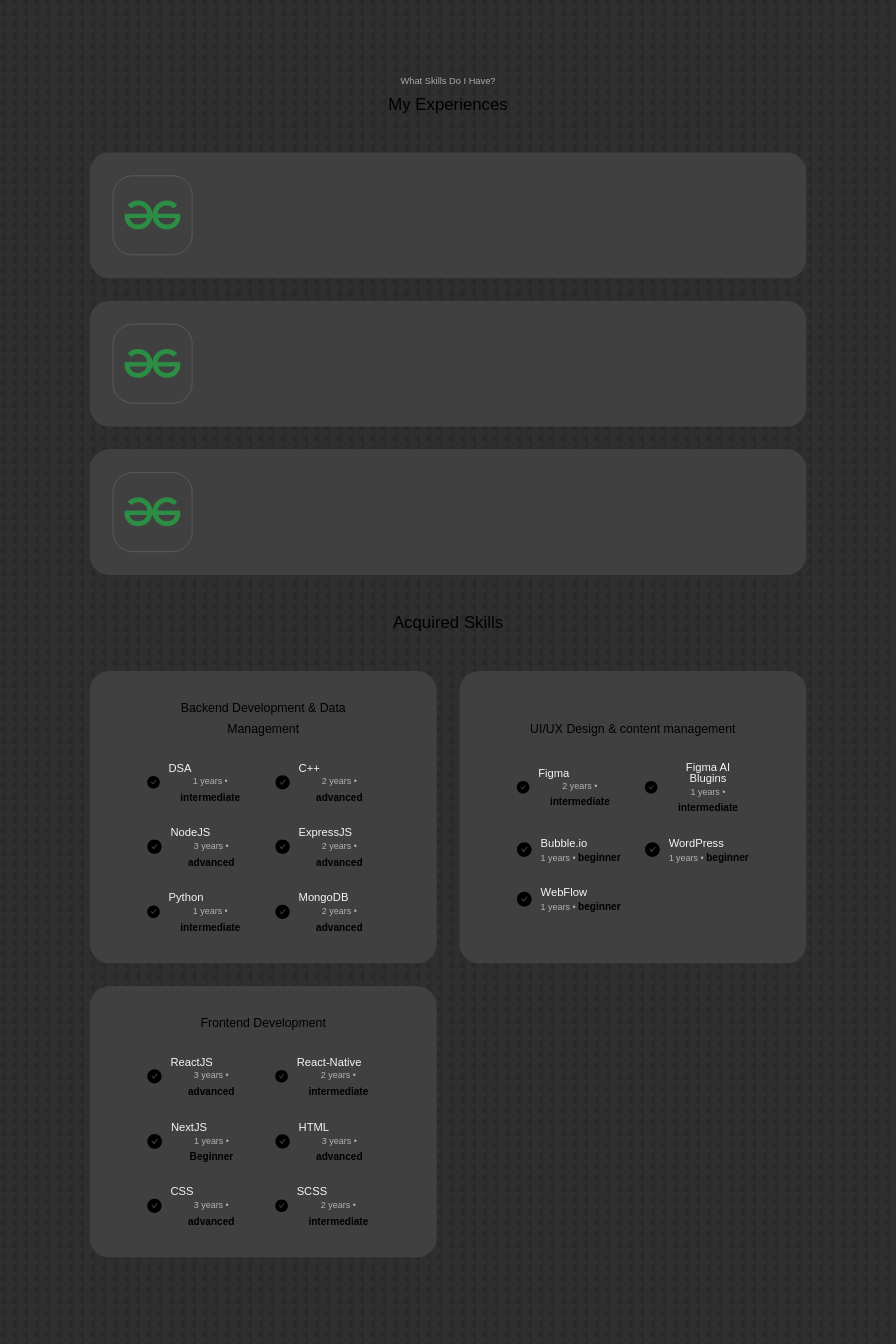
Repository: Z-Bahaa/project_joker_react_portfolio
Page: /
An editor plug-in stored every save of this project. The page is shown before and after a run of saves, followed by the edit.
The browser window is 1280 px wide. The pictures show the part of the page from y = 1462 to 3382 px (the page is 5483 px tall before and 5477 px after), at 70% of full size.
Some web fonts or font styles are not loaded; a fallback is used. The project was rebuilt for these pictures with package versions that can differ from the ones it lists, and the page was loaded fresh each time. Imported but missing from the stored project, and not drawn on this page: src/assets/resume.pdf.

Above is the page before, as saved 2023-08-21 13:54:50.

### public/index.html
<!DOCTYPE html>
<html lang="en">

<head>
  <meta charset="UTF-8">
  <meta name="viewport" content="width=device-width, initial-scale=1.0">
  <title>Zeyad Bahaa</title>
  <link rel="shortcut icon" href="/Logo.png" />
</head>

<body>
  <div id="root"></div>
</body>

</html>

### src/App.jsx
import Header from './components/header/Header'
import Nav from './components/nav/Nav'
import About from './components/about/About'
import Experience from './components/experience/Experience'
// import Services from './components/services/Services'
import Portfolio from './components/portfolio/Portfolio'
// import Testimonials from './components/testimonials/Testimonials'
import Contact from './components/contact/Contact'
import Footer from './components/footer/Footer'


const App = () => {
  return (
    <>
      <Header />
      <Nav />
      <About />
      <Experience />
      {/* <Services /> */}
      <Portfolio />
{/*       <Testimonials /> */}
      <Contact />
      <Footer />

    </>
  )
}

export default App

### src/components/header/Header.jsx
import './header.css';
import CTA from './CTA'
import ME from '../../assets/me-3.png'
import HeaderSocials from './HeaderSocials'

const Header = () => {
  return (
    <div className='header container' id='home'>
      <div className='header__container'>
        <h5>Hello, I'm</h5>
        <h1>Zeyad Bahaa</h1>
        <h5 className="text-light">Software & web development Enthusiast</h5>
        <CTA />
        <HeaderSocials />

        <div className="me">
          <img src={ME} alt="" />
        </div>

        <a href='#contact' className="scroll__down">Scroll Down</a>
      </div>
    </div>
  )
}

export default Header

### src/components/nav/Nav.jsx
import './nav.css'
import { AiOutlineHome, AiOutlineUser, AiOutlineMessage } from 'react-icons/ai'
import { BiBookAlt } from 'react-icons/bi'
import { BsBagDash } from 'react-icons/bs'
import { useState} from 'react'

const Nav = () => {
  const [activeNav, setActiveNAv] = useState('#')
  return (
    <div className="nav">
      <a href="#home" className={activeNav === '#' ? 'active' : ''} onClick={() => setActiveNAv('#')}><AiOutlineHome /></a>
      <a href="#about" className={activeNav === '#about' ? 'active' : ''} onClick={() => setActiveNAv('#about')}><AiOutlineUser /></a>
      <a href="#experience" className={activeNav === '#experience' ? 'active' : ''} onClick={() => setActiveNAv('#experience')}><BiBookAlt /></a>
      <a href="#services" className={activeNav === '#services' ? 'active' : ''} onClick={() => setActiveNAv('#services')}><BsBagDash /></a>
      <a href="#contact" className={activeNav === '#contact' ? 'active' : ''} onClick={() => setActiveNAv('#contact')}><AiOutlineMessage /></a>
    </div>
  )
}

export default Nav

### src/components/about/About.jsx
import './about.css'
import ME from '../../assets/me-3.png'
/* import { FiAward, FiUsers } from 'react-icons/fi'
import { AiFillFolderOpen } from 'react-icons/ai' */
const About = () => {
  return (
    <div className="section" id="about">
      <h5>Get To Know</h5>
      <h2>About Me</h2>

      <div className="container about__container">
        <div className="about__me">
          <div className="about__me-image">
            <img src={ME} alt="About" />
          </div>
        </div>

        <div className="about__content">
          {/* <div className="about__cards">

            <div className="about__card">
              <FiAward className="about__icon" />
              <h5>Experience</h5>
              <small>3+ Years Working</small>
            </div>

            <div className="about__card">
              <FiUsers className="about__icon" />
              <h5>Clients</h5>
              <small>200+ Worldwide</small>
            </div>

            <div className="about__card">
              <AiFillFolderOpen className="about__icon" />
              <h5>Projects</h5>
              <small>80+ Completed Projects</small>
            </div>

          </div> */}

          <p>
          Confident young professional with a passion for learning and development. eager to leverage education and training in the software development space to support the growth and success of a High performing organization. Strong track record of settling effective goals and leading teams to achieve those goals. committed to continuous improvement and driving team success.
          </p>

          <a href="#contact" className="btn btn-primary">Let's Talk</a>
        </div>
      </div>
    </div>
  )
}

export default About

### src/components/experience/Experience.jsx
import './experience.css'
import {experiences} from '../../data/experiences'
import { AiFillCheckCircle } from 'react-icons/ai'
import GFG from '../../assets/GFG.png'

const Experience = () => {
  return (
    <div className="section" id="experience">
      <h5>What Skills Do I Have?</h5>
      <h2>My Experiences</h2>
      <div className="history__container">
        {
          experiences.map((field) => (
            <div>
              <div className="image-container">
                <img src={GFG}/>
              </div>
            </div>
          ))
        }
      </div>
      <h2>Acquired Skills</h2>
      <div className="experience__container">
        {
          experiences.map((field) => (
            <div>
              <h3>{field.title}</h3>
              <div className="experience__content">
                {
                  field.list.map((item) => (
                    <div className="experience__details">

                        <AiFillCheckCircle className="experience__details-icon"/>
                        <div>
                          <h4>{item.name}</h4>
                          <small>{(item.experience + " ")} • <span>{" " + item.level}</span> </small>
                        </div>
                    </div>
                  ))
                }
              </div>
            </div>
          ))
        }
      </div>

    </div>
  )
}

export default Experience

### src/components/portfolio/Portfolio.jsx
import './portfolio.css'
import projects from '../../data/projects'



const Portfolio = () => {
  return (
    <div className="section">
      <h5>My Recent Work</h5>
      <h2>Portfolio</h2>

      <div className="container portfolio__container">
        {
          projects.map(item => (
            <div  key={item.id} className="portfolio__item">
              <img src={item.img} className="portfolio__item-image" alt=""/>
              <h3>{item.title || 'This is a portfolio item title'}</h3>
              <div className="portfolio__item-cta">
                <a className="btn" href={item.github} target='_blank' rel="noreferrer">Github</a>
                <a className="btn btn-primary" href={item.demo} target='_blank' rel="noreferrer">Live Demo</a>
              </div>
            </div>
          ))
        }
      </div>
    </div>
  )
}

export default Portfolio

### src/components/contact/Contact.jsx
import './contact.css'
import { AiOutlineMail, AiOutlineWhatsApp } from 'react-icons/ai'
import { RiMessengerLine } from 'react-icons/ri'


const Contact = () => {

  return (
    <div className="section" id="contact">
      <h5>Get In Touch</h5>
      <h2>Contact Me</h2>

      <div className="container contact__container">
        <div className="contact__options">

          <div className="contact__option">
            <AiOutlineMail className='contact__option-icon'/>
            <h4>Email</h4>
            <h5>zizobahaapersonal@gmail.com</h5>
            <a href="mailto:zizobahaapersonal@gmail.com">Send a message</a>
          </div>

          <div className="contact__option">
            <RiMessengerLine className='contact__option-icon'/>
            <h4>Messenger</h4>
            <h5>Zizo Bahaa</h5>
            <a href="https://m.me/100071918118359">Send a message</a>
          </div>
          <div className="contact__option">
            <AiOutlineWhatsApp className='contact__option-icon' />
            <h4>WhatsApp</h4>
            <h5>+201020730202</h5>
            <a href="https://api.whatsapp.com/send?phone=201020730202" >Send a message</a>
          </div>

        </div>

{        <form
          // ref={form}
          // onSubmit={sendEmail}
          >
          <input type="text" name="name" placeholder="Your Full Name" required/>
          <input type="email" name="email" placeholder="Your Email" required/>
          <textarea name="message" placeholder="Your Message" rows="7" required/>
          <button type="submit" className="btn btn-primary">send Message</button>
        </form>}
      </div>
    </div>
  )
}

export default Contact

### src/components/footer/Footer.jsx
import './footer.css'
import { AiOutlineLinkedin, AiOutlineFacebook, } from 'react-icons/ai'
import { FiTwitter, FiGithub, FiInstagram } from 'react-icons/fi'
import { FaTiktok } from 'react-icons/fa'
import { SiMyanimelist } from 'react-icons/si'

const Footer = () => {
  return (
    <div className="footer">
      <a href="#home" className="footer__icon">Z. bahaa</a>

      <ul className="permalinks">
        <li><a href="#home">Home</a></li>
        <li><a href="#about">About</a></li>
        <li><a href="#experience">Experience</a></li>
        <li><a href="#services">Services</a></li>
        <li><a href="#portfolio">Portfolio</a></li>
        {/* <li><a href="#testimonials">Testimonials</a></li> */}
        <li><a href="#contact">Contact</a></li>
      </ul>

      <div className="footer__socials" >
        <a href='https://www.linkedin.com/in/z-bahaa-194022234/' target='_blank' rel="noreferrer"><AiOutlineLinkedin /></a>
        <a href='https://github.com/Z-Bahaa' target='_blank' rel="noreferrer"><FiGithub /></a>
        <a href='https://www.facebook.com/profile.php?id=100071918118359' target='_blank' rel="noreferrer"><AiOutlineFacebook /></a>
        <a href='https://twitter.com/ZBahaa2' target='_blank' rel="noreferrer"><FiTwitter /></a>
        <a href='https://www.tiktok.com/@z_bahaa' target='_blank' rel="noreferrer"><FaTiktok /></a>
        <a href='https://www.instagram.com/bahaa_zizo/' target='_blank' rel="noreferrer"><FiInstagram /></a>
        <a href='https://myanimelist.net/animelist/zizobahaa1' target='_blank' rel="noreferrer"><SiMyanimelist /></a>
      </div>

      <div className="footer__coptright">
        <small>&copy; Z.bahaa. All rights reserved.</small>
      </div>
    </div>
  )
}

export default Footer

### src/components/header/header.css
.header {
  height: 120vh;
  padding-top: 7rem;
  /* overflow: hidden; */
}

.header__container {
  text-align: center;
  height: 100%;
  position: relative;
}

.cta {
  margin-top: 2.5rem;
  display: flex;
  gap: 1.2rem;
  justify-content: center;
}

.header__socials {
  display: flex;
  flex-direction: column;
  position: absolute;
  left: 0;
  bottom: 2rem;
  gap: 1rem;
}

.header__socials::after {
  content: "";
  width: 1px;
  height: 2rem;
  background: var(--color-primary);
  align-self: center;
}

.me {
  background: linear-gradient(var(--color-primary), transparent);
  width: 22rem;
  max-height: 27rem;
  position: absolute;
  left: calc(50% - 11rem);
  margin-top: 4rem;
  border-radius: 12rem 12rem 0 0;
  -webkit-border-radius: 12rem 12rem 0 0;
  -moz-border-radius: 12rem 12rem 0 0;
  -ms-border-radius: 12rem 12rem 0 0;
  -o-border-radius: 12rem 12rem 0 0;
  overflow: hidden;
  /* padding: 5rem 1.5rem 1.5rem 1.5rem; */
}
/* .me img {
  min-height: 40rem;
} */

.scroll__down {
  position: absolute;
  right: 0rem;
  bottom: 5rem;
  transform: rotate(90deg);
  -webkit-transform: rotate(90deg);
  -moz-transform: rotate(90deg);
  -ms-transform: rotate(90deg);
  -o-transform: rotate(90deg);
  font-weight: 300;
  font-size: 0.9rem
}

@media screen and (max-width: 1024px) {
  .header {
    height: 70vh;
  }
}

@media screen and (max-width: 600px) {
  .header {
    height: 100vh;
  }


}

### src/components/header/CTA.jsx
import CV from '../../assets/resume.pdf'

import React from 'react'

const CTA = () => {
  return (
    <div className="cta">
      <a href={CV} className='btn'>Download CV</a>
      <a href="#contact" className="btn btn-primary">Let's Talk</a>
    </div>
  )
}

export default CTA

### src/components/header/HeaderSocials.jsx
import { AiOutlineLinkedin, AiOutlineFacebook,} from 'react-icons/ai'
import {FiGithub} from 'react-icons/fi'



const HeaderSocials = () => {
  return (
    <div className="header__socials">
      <a href='https://www.linkedin.com/in/zizo-bahaa' target='_blank'  rel="noreferrer"><AiOutlineLinkedin /></a>
      <a href='https://github.com/Z-Bahaa' target='_blank'  rel="noreferrer"><FiGithub /></a>
      <a href='https://www.facebook.com/profile.php?id=100071918118359' target='_blank'  rel="noreferrer"><AiOutlineFacebook /></a>
    </div>
  )
}

export default HeaderSocials

### src/components/nav/nav.css
.nav {
  background: rgba(0, 0, 0, 0.3);
  width: max-content;
  display: block;
  padding: 0.7em 1.7em;
  z-index: 2;
  position: fixed;
  left: 50%;
  transform: translateX(-50%);
  -webkit-transform: translateX(-50%);
  -moz-transform: translateX(-50%);
  -ms-transform: translateX(-50%);
  -o-transform: translateX(-50%);
  bottom: 2rem;
  display: flex;
  gap: 0.8rem;
  border-radius: 3rem;
  -webkit-border-radius: 3rem;
  -moz-border-radius: 3rem;
  -ms-border-radius: 3rem;
  -o-border-radius: 3rem;
  backdrop-filter: blur(15px);
}

.nav a {
  background: transparent;
  padding: 0.8rem;
  border-radius: 50%;
  -webkit-border-radius: 50%;
  -moz-border-radius: 50%;
  -ms-border-radius: 50%;
  -o-border-radius: 50%;
  display: flex;
  color: var(--color-light);
  font-size: 1.1rem;
}

.nav a:hover {
  background: rgba(0, 0, 0, 0.3);
}

.nav a.active {
  background: var(--color-primary);
  color: var(--color-bg)
}

### src/components/experience/experience.css
.experience__container {
  display: grid;
  grid-template-columns: 1fr 1fr;
  justify-content: center;
  gap: 2rem;
  margin-inline: 8rem;
}

.history__container {
  display: grid;
  grid-template-columns: 1fr;
  justify-content: center;
  gap: 2rem;
  margin-inline: 8rem;
  margin-bottom: 3rem;
}

.experience__container>div, .history__container>div {
  background: var(--color-bg-variant);
  display: flex;
  flex-direction: column;
  justify-content: center;
  width: 100%;
  padding: 2.4rem 5rem;
  border-radius: 1.8rem;
  -webkit-border-radius: 1.8rem;
  -moz-border-radius: 1.8rem;
  -ms-border-radius: 1.8rem;
  -o-border-radius: 1.8rem;
  border: 1px solid transparent;
  transition: var(--transition);
  -webkit-transition: var(--transition);
  -moz-transition: var(--transition);
  -ms-transition: var(--transition);
  -o-transition: var(--transition);
}

.history__container>div {
  display: flex;
  flex-direction: row;
  align-items: center;
  justify-content: flex-start;
  padding: 2rem;
}

.history__container>div .image-container{
  aspect-ratio: 1;
  display: flex;
  align-items: center;
  justify-content: center;
  width: fit-content;
  padding: 1rem;
  /* background-color: red; */
  border-radius: 1.8rem;
  -webkit-border-radius: 1.8rem;
  -moz-border-radius: 1.8rem;
  -ms-border-radius: 1.8rem;
  -o-border-radius: 1.8rem;
  /* background: transparent; */
  border-style: solid;
  border-width: 1px;
  border-color: var(--color-primary-variant);
}
.history__container>div:hover .image-container{
  background: var(--color-bg-variant);
  border-color: var(--color-primary-variant);
}

.history__container>div .image-container img{
  width: 5rem;
}

.experience__container>div:hover, .history__container>div:hover {
  background: transparent;
  border-color: var(--color-primary-variant);
  cursor: default;
}

.experience__container>div h3 {
  text-align: center;
  font-size: 1.1rem;
  margin-bottom: 2rem;
  color: var(--color-primary);
}

.experience__content {
  display: grid;
  grid-template-columns: 1fr 1fr;
  width: 100%;
  justify-content: space-between;
  /* background-color: red; */
  align-items: space-between;
  gap: 2rem;
  row-gap: 1.9rem;
}

.experience__details {
  display: flex;
  /* background-color: red; */
  width: fit-content;
  align-items: center;
  gap: .7rem;
}

.experience__details-icon {
  margin-bottom: 6px;
  font-size: 1.5rem;
  color: var(--color-primary);
}

.experience__details div {
  display: flex;
  flex-direction: column;
  gap: 0;
  align-items: flex-start;
  justify-content: center;
}

.experience__details div h4 {
  text-align: center;
  font-size: 1rem;
  line-height: 1rem;
  color: var(--color-white);
}

.experience__details div small {
  text-align: center;
  font-size: .8rem;
  /* line-height: 1rem; */
  color: var(--color-light);
}

.experience__details div span {
  text-align: center;
  font-size: .9rem;
  font-weight: bold;
  color: var(--color-primary);
}

@media screen and (max-width: 1024px) {
  .experience__container {
    grid-template-columns: 1fr;
    gap: 2rem;
  }

  .experience__container>div {
    width: 80%;
    padding: 2rem;
    margin: 0 auto;
  }

  .experience__content {
    padding: 1rem;
  }
}

@media screen and (max-width: 600px) {
  .experience__container {
    gap: 1rem;
  }

  .experience__container>div {
    width: 100%;
    padding: 2rem 1rem;
    margin: 0 auto;
  }
}

### src/components/portfolio/portfolio.css
.portfolio__container {
  display: grid;
  grid-template-columns: repeat(3, 1fr);
  gap: 2.5rem;
}

.portfolio__item {
  background: var(--color-bg-variant);
  padding: 1.2rem;
  border-radius: 2rem;
  -webkit-border-radius: 2rem;
  -moz-border-radius: 2rem;
  -ms-border-radius: 2rem;
  -o-border-radius: 2rem;
  border: 1px solid transparent;
  transition: var(--transition);
  -webkit-transition: var(--transition);
  -moz-transition: var(--transition);
  -ms-transition: var(--transition);
  -o-transition: var(--transition);
}

.portfolio__item:hover {
  border-color: var(--color-primary-variant);
  background: transparent;
}

.portfolio__item-image {
  border-radius: 1.5rem;
  -webkit-border-radius: 1.5rem;
  -moz-border-radius: 1.5rem;
  -ms-border-radius: 1.5rem;
  -o-border-radius: 1.5rem;
  overflow: hidden;
}

.portfolio__item h3 {
  margin: 1.2rem 0.2rem;
}

.portfolio__item-cta {
  display: flex;
  gap: 1rem;
  margin-bottom: 1rem;
}

@media screen and (max-width: 1024px) {
  .portfolio__container {
    grid-template-columns: 1fr 1fr;
    gap: 1.2rem;
  }
}

@media screen and (max-width: 600px) {
  .portfolio__container {
    grid-template-columns: 1fr;
    gap: 1rem;
  }
}

### src/components/contact/contact.css
.container.contact__container {
  width: 58%;
  display: grid;
  grid-template-columns: 30% 58%;
  gap: 12%;
}

.contact__options {
  display: flex;
  flex-direction: column;
  gap: 1.2rem;
}

.contact__option {
  background: var(--color-bg-variant);
  padding: 1.2rem;
  border-radius: 1.2rem;
  -webkit-border-radius: 1.2rem;
  -moz-border-radius: 1.2rem;
  -ms-border-radius: 1.2rem;
  -o-border-radius: 1.2rem;
  text-align: center;
  border: 1px solid transparent;
  transition: var(--transition);
  overflow: hidden;
}

.contact__option:hover {
  background: transparent;
  border-color: var(--color-primary-variant);
}

.contact__option-icon {
  font-size: 1.5rem;
  margin-bottom: 0.5rem;

}

.contact__option a {
  margin-top: 0.7rem;
  display: inline-block;
  font-size: .8rem;
}

form {
  display: flex;
  flex-direction: column;
  gap: 1.2rem;
}

input, textarea {
  width: 100%;
  padding: 1.5rem;
  border-radius: 0.5rem;
  -webkit-border-radius: 0.5rem;
  -moz-border-radius: 0.5rem;
  -ms-border-radius: 0.5rem;
  -o-border-radius: 0.5rem;
  background: transparent;
  border: 1px solid var(--color-primary-variant);
  resize: none;
  color: var(--color-white);
}

@media screen and (max-width: 1024px) {
  .container.contact__container {
    grid-template-columns: 1fr;
    gap: 2rem;
  }
}

@media screen and (max-width: 600px) {
  .container.contact__container {
    width: var(--container-width-sm);
  }
}

### src/components/footer/footer.css
.footer {
  background: var(--color-primary);
  padding: 3rem 0;
  padding-bottom: 0;
  text-align: center;
  font-size:0.9rem;
  margin-top: 7rem;
}

.footer a {
  color: var(--color-bg);
}

.footer__icon {
  font-size:2rem;
  font-weight: 500;
  margin-bottom: 2rem;
  display: inline-block;
}

.permalinks {
  display: flex;
  flex-wrap: wrap;
  justify-content: center;
  gap: 2rem;
  margin: 0 auto 3rem;
}

.footer__socials {
  display: flex;
  justify-content: center;
  gap: 1rem;
  margin-bottom: 4rem;
}

.footer__socials a {
  background: var(--color-bg);
  color: var(--color-white);
  padding: 0.8rem;
  border-radius: 0.7rem;
  -webkit-border-radius: 0.7rem;
  -moz-border-radius: 0.7rem;
  -ms-border-radius: 0.7rem;
  -o-border-radius: 0.7rem;
  display: flex;
  border: 1px solid transparent;
  margin-bottom: 5rem;
}

.footer__socials a:hover {
  background: transparent;
  color: var(--color-bg);
  border-color: var(--color-bg);

}

.footer__copyright {
  margin-bottom: 4rem;
  color: var(--color-bg);
}

@media screen and (max-width: 600px) {
  .permalinks {
    flex-direction: column;
    gap: 1.5rem;
  }
}

Loaded but not shown: src/data/experiences.js (105 lines, source omitted); src/data/projects.js (59 lines, source omitted); src/index.js (5 lines, source omitted); src/index.css (151 lines, source omitted); src/components/about/about.css (141 lines, source omitted)

After the next 3 saves:
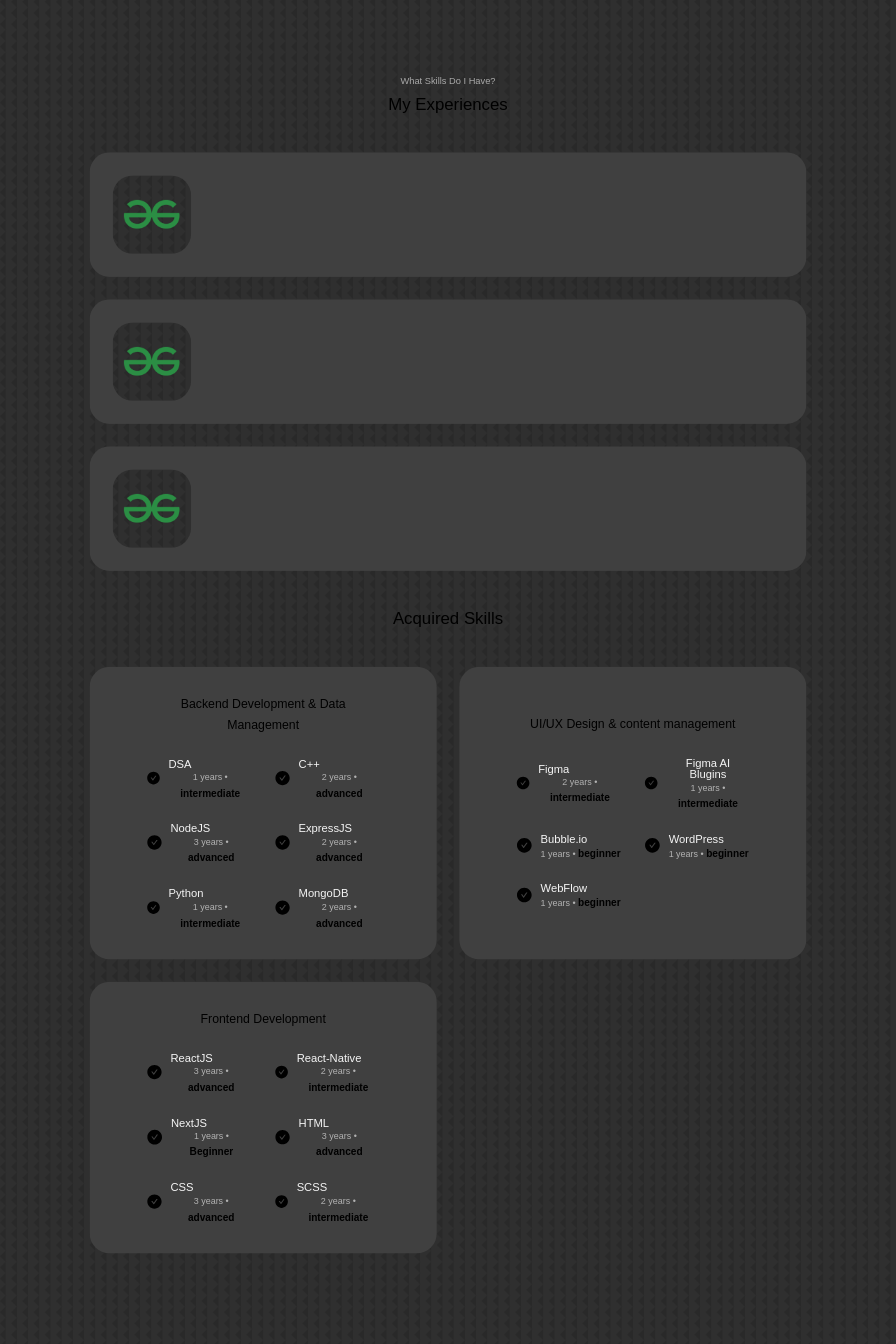
The 3 saves are shown as one change because they came seconds apart.
The last was saved 9 s later.
--- a/src/components/experience/experience.css
+++ b/src/components/experience/experience.css
@@ -56,13 +56,14 @@
   -moz-border-radius: 1.8rem;
   -ms-border-radius: 1.8rem;
   -o-border-radius: 1.8rem;
-  /* background: transparent; */
-  border-style: solid;
-  border-width: 1px;
-  border-color: var(--color-primary-variant);
+  background: var(--color-bg);
+  background-image: url(../../assets/bg-texture.png);
 }
 .history__container>div:hover .image-container{
   background: var(--color-bg-variant);
+  border-color: var(--color-primary-variant);
+  border-style: solid;
+  border-width: 1px;
   border-color: var(--color-primary-variant);
 }
 
